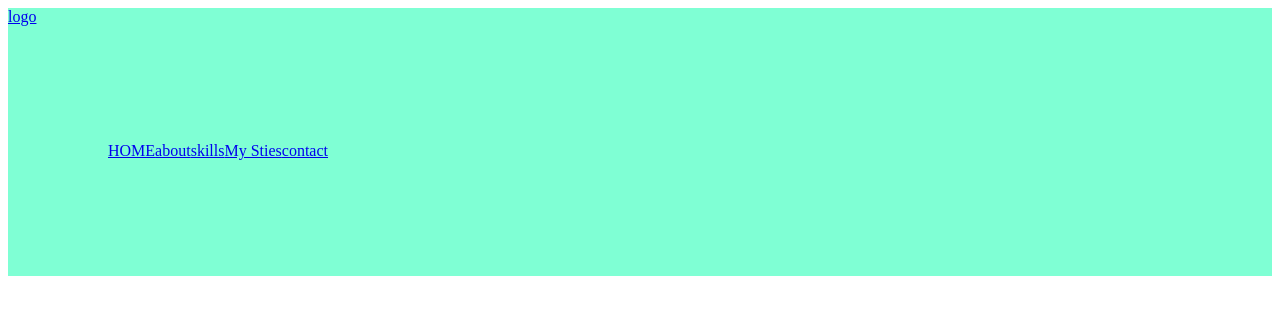
Repository: jun01270/jun
Page: index.html
An editor plug-in stored every save of this project. The page is shown before and after the next save, followed by the edit.
The browser window is 1280 px wide. The pictures show the whole page.

Above is the page before, as saved 2023-05-08 15:44:45.

After the next save:
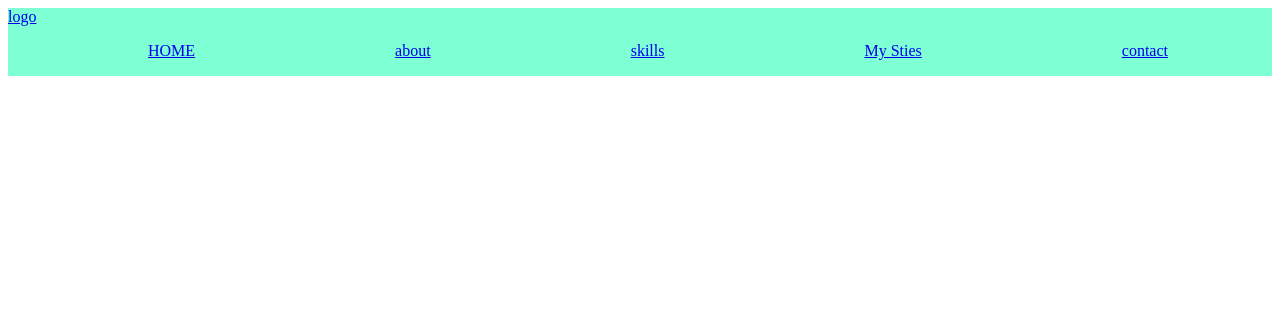
Saved 16 s later.
--- a/main.css
+++ b/main.css
@@ -11,6 +11,9 @@ html{
 
 .menu-bar{
     display: flex;
-    padding: 100px 100px;
     list-style: none;
 }
+
+.menu-btn{
+    padding: 100px 100px;
+}
